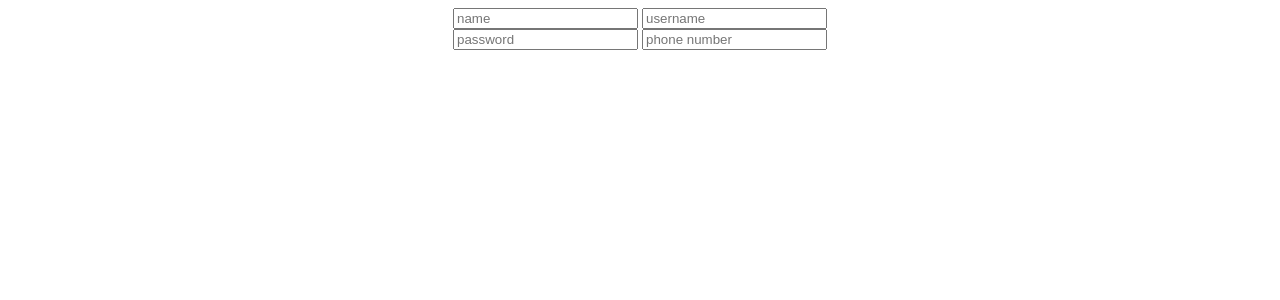
Repository: ApoorvaMishra4/Bootcamp
Page: http://localhost/Login/
An editor plug-in stored every save of this project. The page is shown before and after the next save, followed by the edit.
The browser window is 1280 px wide. The pictures show the whole page.
The page is served by Tomcat 9.

Above is the page before, as saved 2018-08-09 03:52:55.

After the next save:
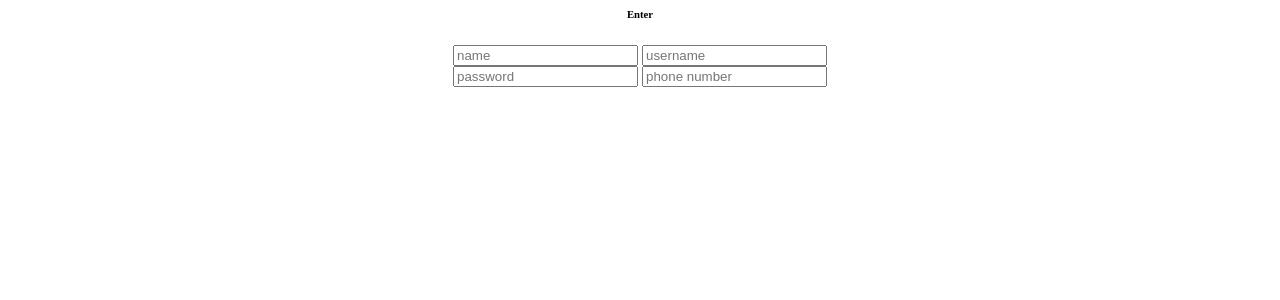
Saved 32 s later.
--- a/Login/src/main/webapp/index.jsp
+++ b/Login/src/main/webapp/index.jsp
@@ -8,6 +8,7 @@ text-align : center;
 </head>
 <body>
 <form action = "#">
+<h6>Enter </h6>
 <input type="text" name="name" placeholder="name">
 <input type="text" name="username"  placeholder="username">
 <br>
